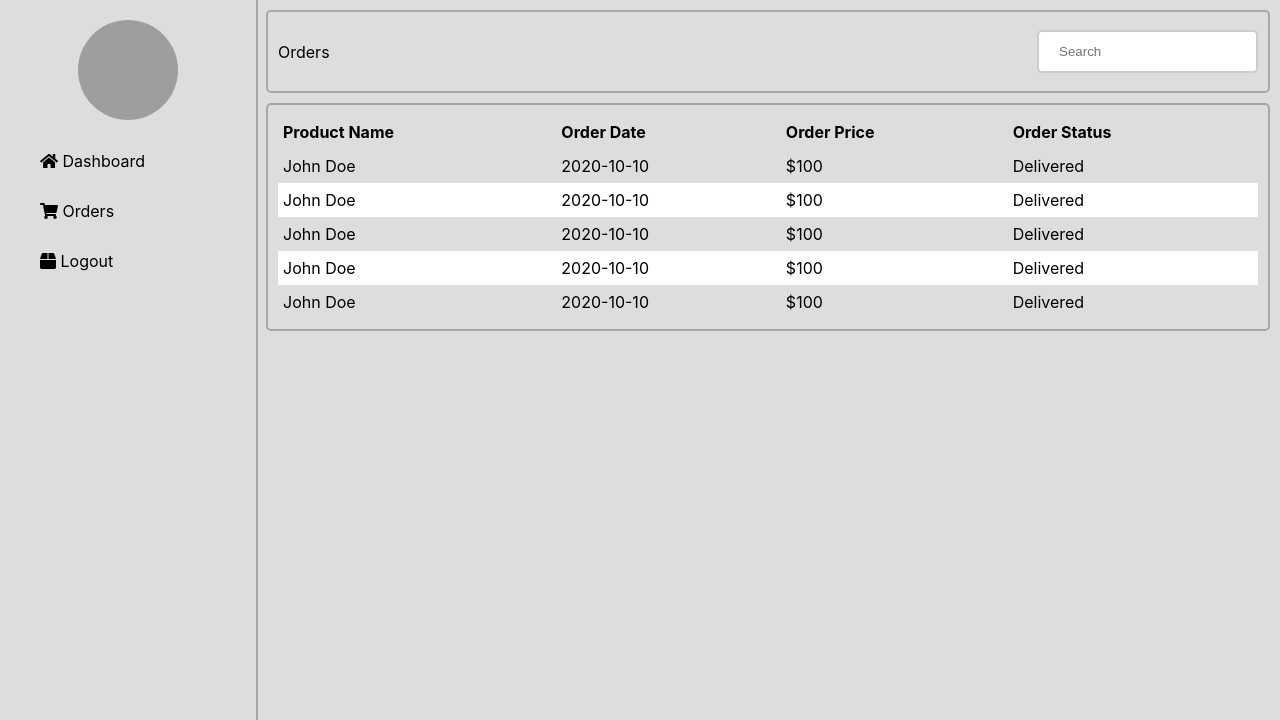
Repository: cjaymoni/FE_Submission02
Page: http://localhost/orders
The author's editor kept a copy of each file at every save. The page is drawn from the files as they stood at one save, then again after the next save.
The browser window is 1280 px wide. The pictures show the whole page.
Pictures or frames that could not be fetched are drawn as grey boxes. Some web libraries are served in a nearby version. The page is run by PHP 8.4 with error messages shown; the project is at /var/www/html/.

Above is the page before, as saved 2022-09-29 15:20:46.

### index.php
<!doctype html>
<html lang="en">
<head>
    <?php include './layout/header.html' ?>
</head>
<body>
<?php
require_once './layout/sidebar.html';

$request = $_SERVER['REQUEST_URI'];

switch ($request) {
        case '/' :
        case '' :
        case '/home' :
            case '/login':
                case '/login/':
        require __DIR__.'/views/login-page/login.html';
        break;


        case '/orders':
        case '/orders/':
        require __DIR__.'/views/orders/orders.html';
        break;

        case '/dashboard':
        case '/dashboard/':
        require __DIR__.'/views/dashboard/dashboard.html';
        break;





        default:
        require __DIR__.'/views/login-page/login.html';
        break;
}
?>

 <?php require_once './layout/footer.html' ?>
</body>
</html>

### layout/header.html
<meta charset="utf-8" />
<meta name="viewport" content="width=device-width, initial-scale=1.0" />

<!-- FavIcon -->
<link rel="icon" type="image/svg+xml" href="assets/Freddys_Logo.svg" />

<!-- CSS -->
<link rel="stylesheet" href="css/styles.css" />

<!-- Font Awesome -->
<link
  rel="stylesheet"
  href="https://use.fontawesome.com/releases/v5.8.1/css/all.css"
/>

<!-- Title -->
<title>Freddy's Shop</title>

### layout/sidebar.html
<aside>
  <div class="sidebar" id="sidebar">
    <div class="profile">
      <img src="assets/Freddys_Logo.svg" alt="Freddys_Logo" />
    </div>
    <ul>
      <li>
        <a href="/dashboard">
          <i class="fas fa-home"></i>
          <span>Dashboard</span>
        </a>
      </li>
      <li>
        <a href="/orders">
          <i class="fas fa-shopping-cart"></i>
          <span>Orders</span>
        </a>
      </li>
      <li>
        <a href="products.html">
          <i class="fas fa-box"></i>
          <span>Logout</span>
        </a>
      </li>
    </ul>
  </div>
</aside>
<script src="js/sidebar-toggle.js"></script>

### views/orders/orders.html
<div class="content">
  <div class="order-header">
    <div class="order-header-text">
      <span>Orders</span>
    </div>
    <div class="order-header-search">
      <input type="text" placeholder="Search" />
    </div>
  </div>

  <div class="order-table-div">
    <table>
      <thead>
        <tr>
          <th>Product Name</th>
          <th>Order Date</th>
          <th>Order Price</th>
          <th>Order Status</th>
        </tr>
      </thead>
      <tbody>
        <tr>
          <td>John Doe</td>
          <td>2020-10-10</td>
          <td>$100</td>
          <td>Delivered</td>
        </tr>
        <tr>
          <td>John Doe</td>
          <td>2020-10-10</td>
          <td>$100</td>
          <td>Delivered</td>
        </tr>
        <tr>
          <td>John Doe</td>
          <td>2020-10-10</td>
          <td>$100</td>
          <td>Delivered</td>
        </tr>
        <tr>
          <td>John Doe</td>
          <td>2020-10-10</td>
          <td>$100</td>
          <td>Delivered</td>
        </tr>

        <tr>
          <td>John Doe</td>
          <td>2020-10-10</td>
          <td>$100</td>
          <td>Delivered</td>
        </tr>
      </tbody>
    </table>
  </div>
</div>

### layout/footer.html
<script
  src="https://code.jquery.com/jquery-3.6.1.min.js"
  integrity="sha256-o88AwQnZB+VDvE9tvIXrMQaPlFFSUTR+nldQm1LuPXQ="
  crossorigin="anonymous"
></script>

### css/styles.css
:root {
    --color-primary: #f00;
    --color-secondary: #0f0;
    --color-tertiary: rgb(0, 110, 255);
    background-color: #dddddd;
    font-family: Inter, Avenir, Helvetica, Arial, sans-serif;
    font-size: 16px;
    line-height: 24px;
    min-width: 100vw;
    min-height: 100vh;
    scroll-behavior: smooth;
}


body {
    overflow-x: hidden;
    height: 100vh;
    width: 100vw;
    margin: 0;
}

.login-div {
    display: flex;
    flex-direction: column;
    justify-content: center;
    align-items: center;
    border: 5px solid rgb(65, 61, 61);
    margin: auto;
    margin-top: 15%;
    width: 50%;
    padding: 5px;


}

.login-head {
    display: flex;
    justify-content: space-between;
    flex-wrap: wrap;
}

.login-img {
    width: 100px;
    height: 100px;
    border-radius: 50%;
    margin: 10px;
}

.login-head-text {
    display: flex;
    justify-content: center;
    align-items: center;
    margin: 10px;
    flex-wrap: wrap;
}

.login-head-img {
    display: flex;
    justify-content: center;
    align-items: center;
    margin: 10px;
}

.login-form {
    display: flex;
    flex-direction: column;
    justify-content: center;
    align-items: center;
    margin: 10px;
    width: 100%;
}



.input-div {
    display: flex;
    flex-direction: column;
    justify-content: center;
    align-items: center;
    margin: 10px;
    width: 100%;
}

input[type=text],
input[type=password] {
    width: 100%;
    padding: 12px 20px;
    margin: 8px 0;
    display: inline-block;
    border: 2px solid #ccc;
    box-sizing: border-box;
    border-radius: 5px;
}

.login-btn {
    width: 100%;
    padding: 10px;
    border: 2px solid #ccc;
    border-radius: 5px;
}


.sidebar {
    background-color: #dddddd;
    position: fixed;
    top: 0;
    left: 0;
    width: 20%;
    height: 100%;
    padding: 20px 0;
    transition: all 0.5s ease;
    border-right: 2px solid rgb(167, 167, 167);

}

.content {
    width: 80%;
    height: 100%;
    float: right;

}


.sidebar .profile img {
    display: block;
    width: 100px;
    height: 100px;
    border-radius: 50%;
    margin: 0 auto;
}

.sidebar ul li {
    list-style: none;

}

.sidebar ul li a {
    display: block;
    padding: 13px 0px;
    /* border-bottom: 1px solid #10558d; */
    color: black;
    font-size: 16px;
    position: relative;
    text-decoration: none;
}

.sidebar ul li a .icon {
    color: black;
    width: 30px;
    display: inline-block;
}


.order-header {
    display: flex;
    justify-content: space-between;
    align-items: center;
    margin: 10px;
    padding: 10px;
    border: 2px solid rgb(167, 167, 167);
    border-radius: 5px;
}

.order-table-div {
    display: flex;
    justify-content: center;
    align-items: center;
    margin: 10px;
    padding: 10px;
    border: 2px solid rgb(167, 167, 167);
    border-radius: 5px;

}

table {
    border-collapse: collapse;
    width: 100%;

}

td,
th {
    /* border: 1px solid rgb(167, 167, 167); */
    padding: 5px;
    text-align: left;
}

tr:nth-child(even) {
    background-color: #ffffff;
}

### js/sidebar-toggle.js
const pgUrl = window.location.href.substr(
  window.location.href.lastIndexOf("/") + 1
);
const sdComponent = document.querySelector(".sidebar");
if (pgUrl === "login") {
  sdComponent.style.display = "none";
}

After the next save:
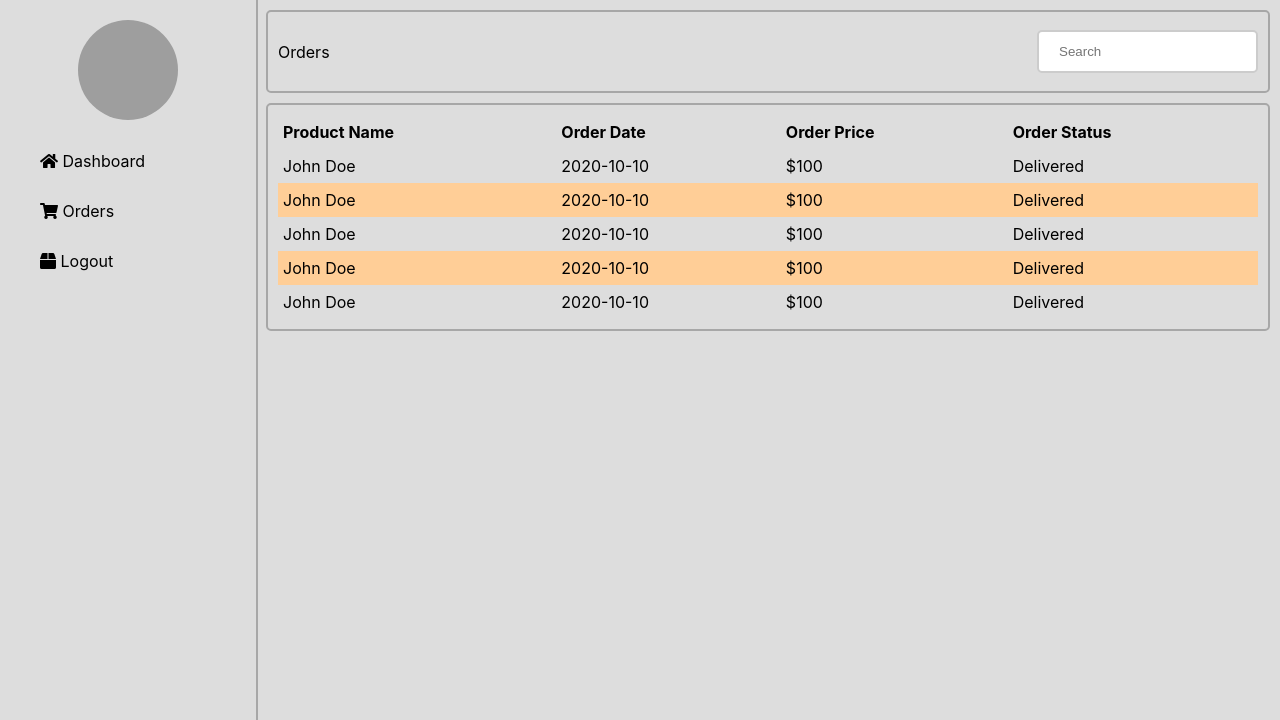
Saved 25 s later.
--- a/css/styles.css
+++ b/css/styles.css
@@ -186,5 +186,5 @@ th {
 }
 
 tr:nth-child(even) {
-    background-color: #ffffff;
+    background-color: #ffce97;
 }
